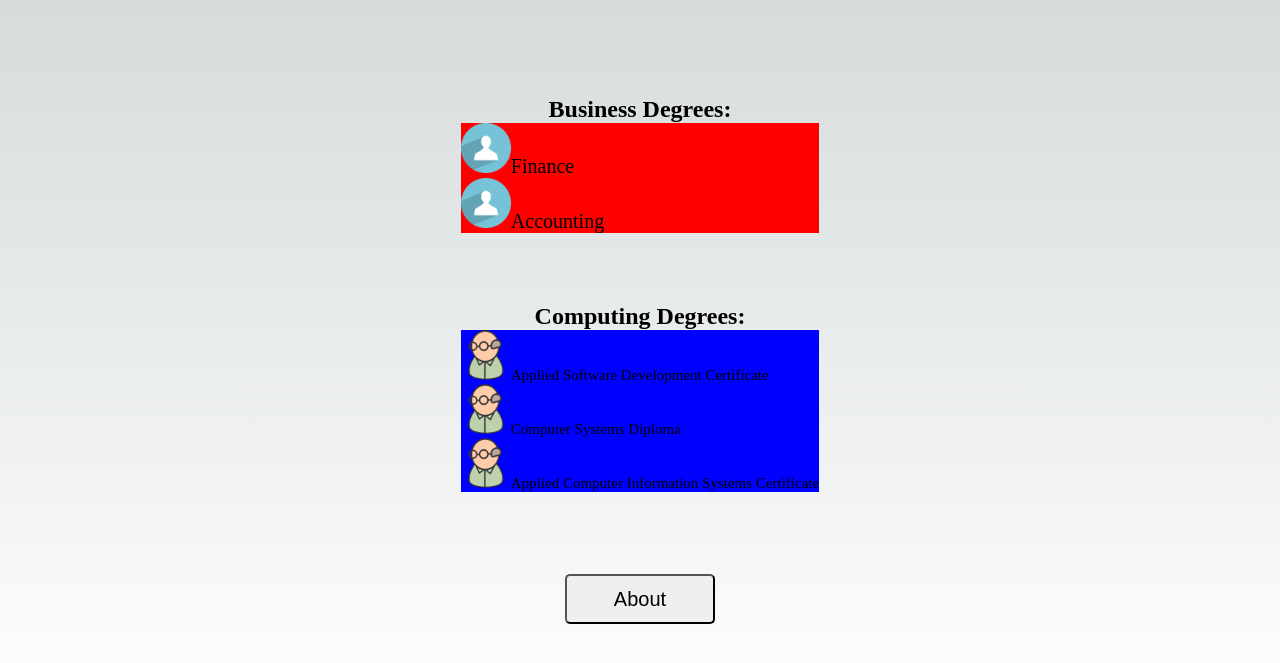
Repository: anikagrewal/week3example
Page: /
An editor plug-in stored every save of this project. The page is shown before and after the next save, followed by the edit.
The browser window is 1280 px wide. The pictures show the whole page.
The project was rebuilt for these pictures with package versions that can differ from the ones it lists, and the page was loaded fresh each time. The framework's server and built-in components were replaced by stand-ins that run in the browser. Also part of the build but not shown: next.config.js.

Above is the page before, as saved 2023-01-20 11:58:40.

After the next save:
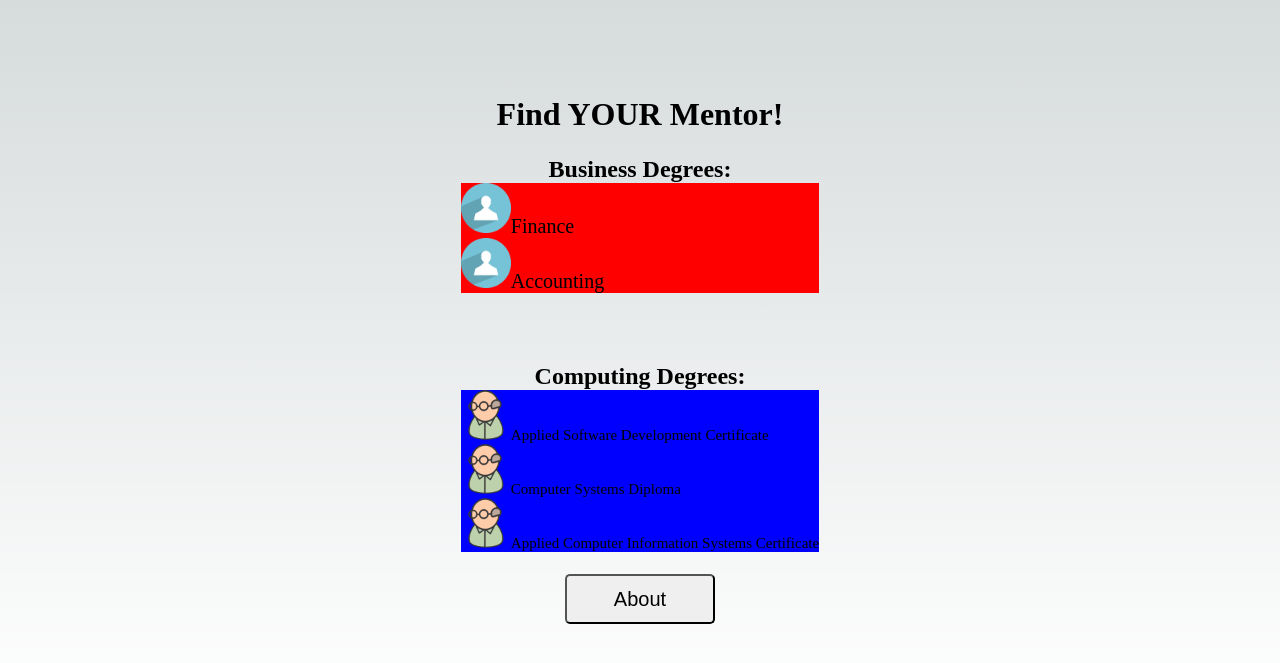
Saved 75 s later.
--- a/pages/index.js
+++ b/pages/index.js
@@ -23,6 +23,14 @@
         <link rel="icon" href="/favicon.ico" />
       </Head>
       <main className={styles.main}>
+
+      <div className={styles.mainheader}>
+        <h1>Find YOUR Mentor!</h1>
+
+      </div>
+
+
+
 
         <div className={styles.grid}>
           <div className={styles.gridlayout}>
